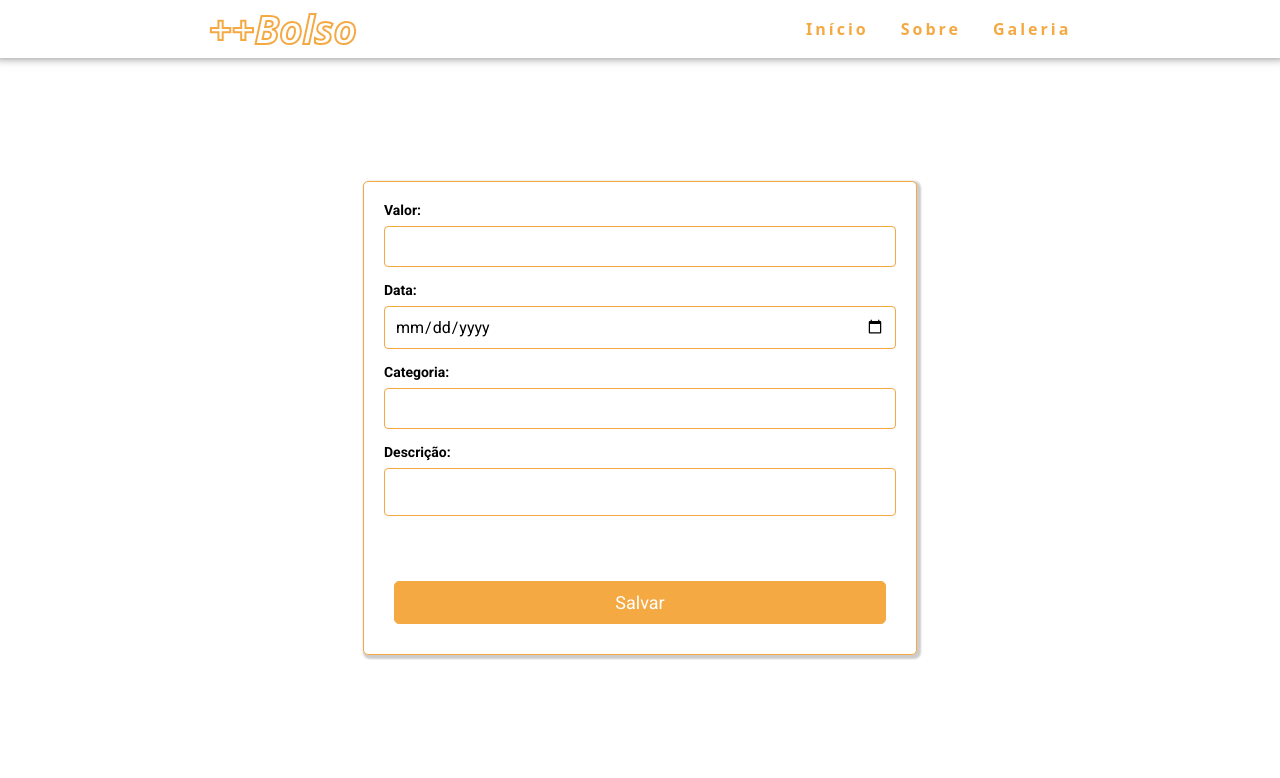
Repository: alexsanderkafka/java-servlets
Page: http://localhost/SaveMoney/cadastrarDespesa.jsp
These files come from the project's save history. The page is drawn as it stood at one moment and after the next save; the edit follows.
The browser window is 1280 px wide. The pictures show the whole page.
The page is served by Tomcat 9. Nobody is signed in. The application's start-up code is not run. Other server files are loaded and not shown.

Above is the page before, as saved 2024-10-03 13:23:33.

### SaveMoney/src/main/webapp/cadastrarDespesa.jsp
<%@ page language="java" contentType="text/html; charset=UTF-8"
    pageEncoding="UTF-8"%>
<!DOCTYPE html>
<html>
<head>
	<meta charset="UTF-8">
	<title>Insert title here</title>
	<link rel="stylesheet" href="styles/style.css">
</head>
<body>
	<header>
        <nav>
          <div class="logo">
          	<h1>++Bolso</h1>
          </div>
          <ul class="nav-list">
            <li><a href="###">Início</a></li>
            <li><a href="###">Sobre</a></li>
            <li><a href="###">Galeria</a></li>
          </ul>
        </nav>
    </header>

	<div class="container-initial">
        <div class="box-register">
        	<label>Valor: </label>
        	<input type="number">
        	<label>Data: </label>
        	<input type="date">
        	<label>Categoria: </label>
        	<input type="text">
        	<label>Descrição: </label>
        	<textarea rows="5" cols="2"></textarea>
        	<button class="primary-buttons">Salvar</button>
        </div>
    </div>

</body>
</html>

### SaveMoney/src/main/webapp/styles/style.css
@import url('https://fonts.googleapis.com/css2?family=Roboto:ital,wght@0,100;0,300;0,400;0,500;0,700;0,900;1,100;1,300;1,400;1,500;1,700;1,900&display=swap');

html, body, div, span, applet, object, iframe,
h1, h2, h3, h4, h5, h6, p, blockquote, pre,
a, abbr, acronym, address, big, cite, code,
del, dfn, em, img, ins, kbd, q, s, samp,
small, strike, strong, sub, sup, tt, var,
b, u, i, center,
dl, dt, dd, ol, ul, li,
fieldset, form, label, legend,
table, caption, tbody, tfoot, thead, tr, th, td,
article, aside, canvas, details, embed,
figure, figcaption, footer, header, hgroup,
menu, nav, output, ruby, section, summary,
time, mark, audio, video {
    margin: 0;
    padding: 0;
    border: 0;
    font-size: 100%;
    font: inherit;
    vertical-align: baseline;
}

html, body {
    height: 100%;
    margin: 0;
    padding: 0;
}


header{
    background-color: white;
    /* position: sticky;*/
    z-index: 999;
    top: -10px;
    box-shadow: 0 -6px 10px 5px rgba(0,0,0,0.6);
}

.logo h1{
    font-size: 40px;
    font-style: italic;
    font-weight: bold;
    color: #FFF;
    -webkit-text-stroke: 2px #F4A942;
}

nav{
    display: flex;
    justify-content: space-around;
    align-items: center;
    font-family: system-ui, -apple-system, Helvetica, Arial, sans-serif;
    height: 8vh;
}

.nav-list{
    list-style: none;
    display: flex;
}

.nav-list li {
    letter-spacing: 3px;
    margin-left: 32px;
}

.nav-list li a{
    text-decoration: none;
    color: #F4A942;
    font-weight: bold;

}

.nav-list li a:hover{
	color: #f7b64e;
}


/*CSS INDEX*/
.container-initial {
    width: 100%;
    height: 100%;
    display: flex;
    flex-direction: column;
    justify-content: center;
    align-items: center;
}

.container-initial h1{
    font-size: 64px;
    font-family: "Roboto", system-ui;
    font-weight: 600;
    text-decoration: underline;
    text-decoration-color: #F4A942;
    margin-bottom: 25px;
}

.box-menu {
    width: 300px;
    height: 300px;
    background: white;
    border: 1px solid #F4A942;
    border-radius: 5px;
    display: flex;
    flex-direction: column;
    justify-content: center;
    box-shadow: 2px 2px 2px 2px rgba(0, 0, 0, 0.2);
}


.primary-buttons{
	margin: 10px;
	padding: 10px;
	border: 1px solid #F4A942;
	background: #F4A942;
	border-radius: 5px;
	color: white;
	font-weight: 400;
	font-family: "Roboto", system-ui;
	font-size: 18px;
	transition: background-color 0.5s ease;
}

.primary-buttons:hover{
	background-color: #f7b64e;
}

/*CSS PAGINA CADASTRO DE DESPESA*/
.container-initial {
    font-family: 'Roboto', sans-serif;
}

.box-register {
    width: 40%;
    height: 60%;
    background: white;
    border: 1px solid #F4A942;
    border-radius: 5px;
    padding: 20px;

    display: flex;
    flex-direction: column;
    box-shadow: 2px 2px 2px 2px rgba(0, 0, 0, 0.2);
}

.container-initial label {
    display: block;
    margin-bottom: 8px;
    font-weight: bold;
    font-size: 14px;
    color: #000;
}

.container-initial input,
.container-initial textarea {
    width: 100%;
    padding: 10px;
    margin-bottom: 15px;
    border: 1px solid #F4A942;
    border-radius: 4px;
    box-sizing: border-box;
    font-family: 'Roboto', sans-serif;
    font-size: 16px;
}

.container-initial textarea {
    resize: none;
}

.box-register .primary-buttons{
	margin-top: 50px;
}

After the next save:
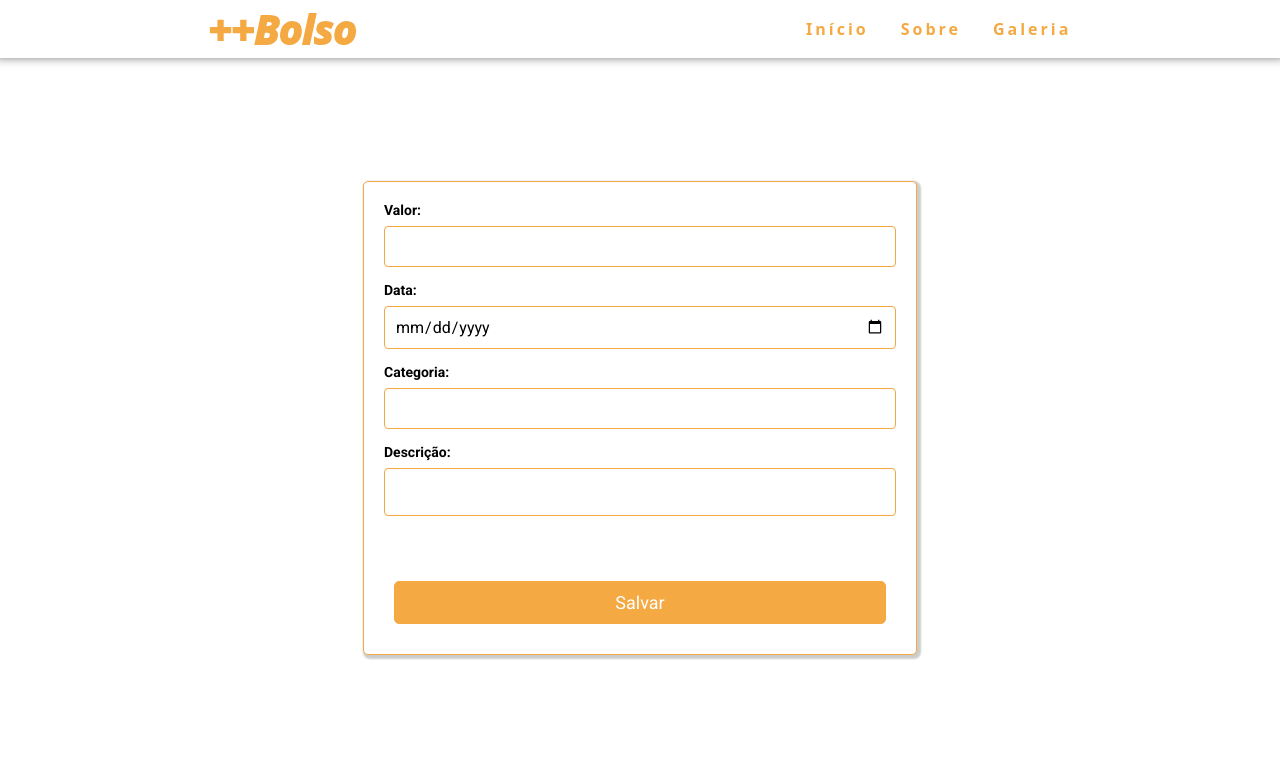
Saved 9 s later.
--- a/SaveMoney/src/main/webapp/styles/style.css
+++ b/SaveMoney/src/main/webapp/styles/style.css
@@ -40,7 +40,7 @@ header{
     font-size: 40px;
     font-style: italic;
     font-weight: bold;
-    color: #FFF;
+    color: #F4A942;
     -webkit-text-stroke: 2px #F4A942;
 }
 
